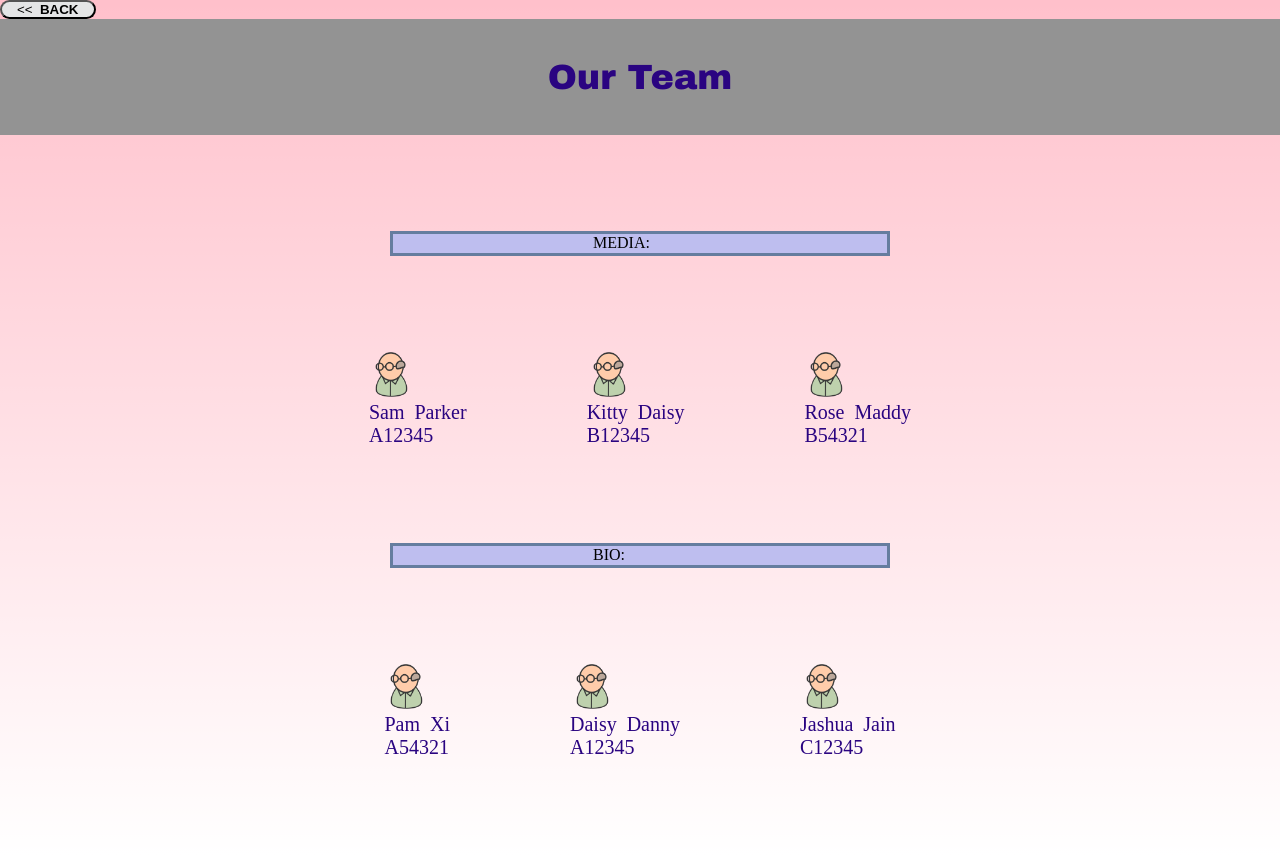
Repository: anoncoderin/madhu-assignment3
Page: /about
The author's editor kept a copy of each file at every save. The page is drawn from the files as they stood at one save, then again after a run of saves.
The browser window is 1280 px wide. The pictures show the whole page.
The project was rebuilt for these pictures with package versions that can differ from the ones it lists, and the page was loaded fresh each time. The framework's server and built-in components were replaced by stand-ins that run in the browser. Also part of the build but not shown: next.config.js.

Above is the page before, as saved 2023-01-22 22:47:57.

### pages/about.js
import data from '../data/employee.json'
import { useState } from 'react'
import Link from 'next/link'
import Employee from '../components/Employee'
import styles from '@/styles/about.module.css'



export default function About() {
    console.log(data);
    const [information, setInformation] = useState([...data])
    return (

        <>
            <Link href="/"><button className={styles.button}>&lt;&lt;&nbsp;&nbsp;<b>BACK</b></button></Link>

            <div className={styles.header}>Our Team</div>

            <div className={styles.main}>
            <div className={styles.record}>MEDIA:</div>

            <div className={styles.row}>
            {

                information && information.map((info, index) => {
                    if (info.department === "Media") {
                        return (
                            <Employee key={index} employeeNumber={info.employeeNumber}
                                firstName={info.firstName}
                                lastName={info.lastName}
                            >
                            </Employee>

                        )
                    }

                }
                )
            }
            </div>

            <div className={styles.record}>BIO:</div>
            <div className={styles.row}>
            {
                information && information.map((info, index) => {
                    if (info.department === "Bio") {
                        return (
                            <Employee key={index} employeeNumber={info.employeeNumber}
                                firstName={info.firstName}
                                lastName={info.lastName}
                            >
                            </Employee>

                        )
                    }
                }
                )
            }
            </div>
            </div>

        </>

    )
}

### styles/globals.css
:root {
  --max-width: 1100px;
  --border-radius: 12px;
  --font-mono: ui-monospace, Menlo, Monaco, 'Cascadia Mono', 'Segoe UI Mono',
    'Roboto Mono', 'Oxygen Mono', 'Ubuntu Monospace', 'Source Code Pro',
    'Fira Mono', 'Droid Sans Mono', 'Courier New', monospace;

  --foreground-rgb: 0, 0, 0;
  --background-start-rgb: 255, 192, 203;
  --background-end-rgb: 255, 255, 255;

  --primary-glow: conic-gradient(
    from 180deg at 50% 50%,
    hsla(78, 61%, 87%, 0.2) 0deg,
    #0885ff33 55deg,
    #54d6ff33 120deg,
    #0071ff33 160deg,
    transparent 360deg
  );
  --secondary-glow: radial-gradient(
    rgba(255, 255, 255, 1),
    rgba(255, 255, 255, 0)
  );

  --tile-start-rgb: 239, 245, 249;
  --tile-end-rgb: 228, 232, 233;
  --tile-border: conic-gradient(
    #00000080,
    #00000040,
    #00000030,
    #00000020,
    #00000010,
    #00000010,
    #00000080
  );

  --callout-rgb: 238, 240, 241;
  --callout-border-rgb: 172, 175, 176;
  --card-rgb: 180, 185, 188;
  --card-border-rgb: 131, 134, 135;
}

@media (prefers-color-scheme: dark) {
  :root {
    --foreground-rgb: 255, 255, 255;
    --background-start-rgb: 0, 0, 0;
    --background-end-rgb: 0, 0, 0;

    --primary-glow: radial-gradient(rgba(1, 65, 255, 0.4), rgba(1, 65, 255, 0));
    --secondary-glow: linear-gradient(
      to bottom right,
      rgba(1, 65, 255, 0),
      rgba(1, 65, 255, 0),
      rgba(1, 65, 255, 0.3)
    );

    --tile-start-rgb: 2, 13, 46;
    --tile-end-rgb: 2, 5, 19;
    --tile-border: conic-gradient(
      #ffffff80,
      #ffffff40,
      #ffffff30,
      #ffffff20,
      #ffffff10,
      #ffffff10,
      #ffffff80
    );

    --callout-rgb: 20, 20, 20;
    --callout-border-rgb: 108, 108, 108;
    --card-rgb: 100, 100, 100;
    --card-border-rgb: 200, 200, 200;
  }
}

* {
  box-sizing: border-box;
  padding: 0;
  margin: 0;
}

html,
body {
  max-width: 100vw;
  overflow-x: hidden;
}

body {
  color: rgb(var(--foreground-rgb));
  background: linear-gradient(
      to bottom,
      transparent,
      rgb(var(--background-end-rgb))
    )
    rgb(var(--background-start-rgb));
}

a {
  color: inherit;
  text-decoration: none;
}

@media (prefers-color-scheme: dark) {
  html {
    color-scheme: dark;
  }
}

### data/employee.json

[
{
    "employeeNumber": "A12345",
    "firstName": "Sam",
    "lastName": "Parker",
    "department": "Media"
},
{
    "employeeNumber": "A54321",
    "firstName": "Pam",
    "lastName": "Xi",
    "department": "Bio"
},
{
    "employeeNumber": "B12345",
    "firstName": "Kitty",
    "lastName": "Daisy",
    "department": "Media"
},
{
    "employeeNumber": "B54321",
    "firstName": "Rose",
    "lastName": "Maddy",
    "department": "Media"
},
{
    "employeeNumber": "A12345",
    "firstName": "Daisy",
    "lastName": "Danny",
    "department": "Bio"
},
{
    "employeeNumber": "C12345",
    "firstName": "Jashua",
    "lastName": "Jain",
    "department": "Bio"
}





]

### components/Employee/index.js
import styles from '@/styles/about.module.css'
export default function Employee(
    {
        employeeNumber = "none",
        firstName = "none",
        lastName = "none",
        department = "none",
        image = 'icon/personThree.png'
    }
) {
    return (
        <div>
            <div>
                <img src={image} width="45px"></img>
            </div>

            <div className={styles.dpt}>
                <p> {firstName} &nbsp;
                    {lastName}<br></br>
                    {employeeNumber}
                </p>
            </div>
        </div>
    )
}

### styles/about.module.css
.header{
    display: flex;
    flex-direction: column;
    justify-content: space-between;
    align-items: center;
        padding: 39px;
    background-color: rgb(147, 147, 147);
    color: rgb(42, 4, 129);

    font-size: 35px;
    margin: 45;
    font-family: arial black;

}



.main {
    display: flex;
    flex-direction: column;
    justify-content: space-between;
    align-items: center;
    padding: 6rem;
    min-height: 100vh;
  }

  .dpt{
    color: rgb(42, 4, 129) ;
    font-size: 20px;

  }

  .record{
    padding-left: 200px;
    height: 25px;
    width: 500px;
    background-color: #bebeef;
    border-style:solid;
    border-color:#657d9f;
  }

  .row{
    display: flex;
    flex-direction: row;
    justify-content:space-evenly;
    gap: 120px;

  }
  .button{
    padding-left: 15px;
    padding-right: 15px;

    border-radius: 10px;
    background-color: #e4e5e6;
  }

Loaded but not shown: pages/_app.js (common file); pages/_document.js (common file)

After the next 2 saves:
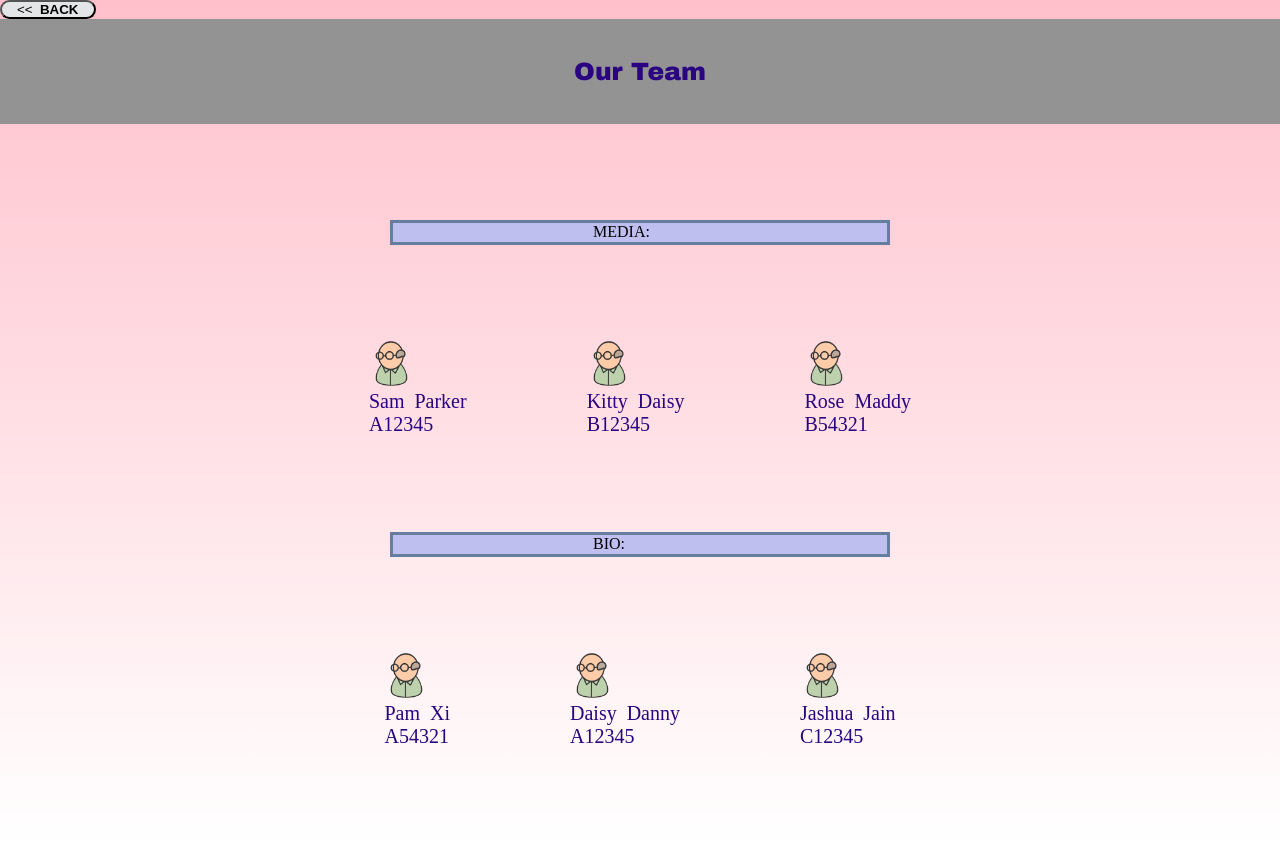
The 2 saves are shown as one change because they came seconds apart.
The last was saved 24 s later.
--- a/styles/about.module.css
+++ b/styles/about.module.css
@@ -7,7 +7,7 @@
     background-color: rgb(147, 147, 147);
     color: rgb(42, 4, 129);
 
-    font-size: 35px;
+    font-size: 25px;
     margin: 45;
     font-family: arial black;
 
